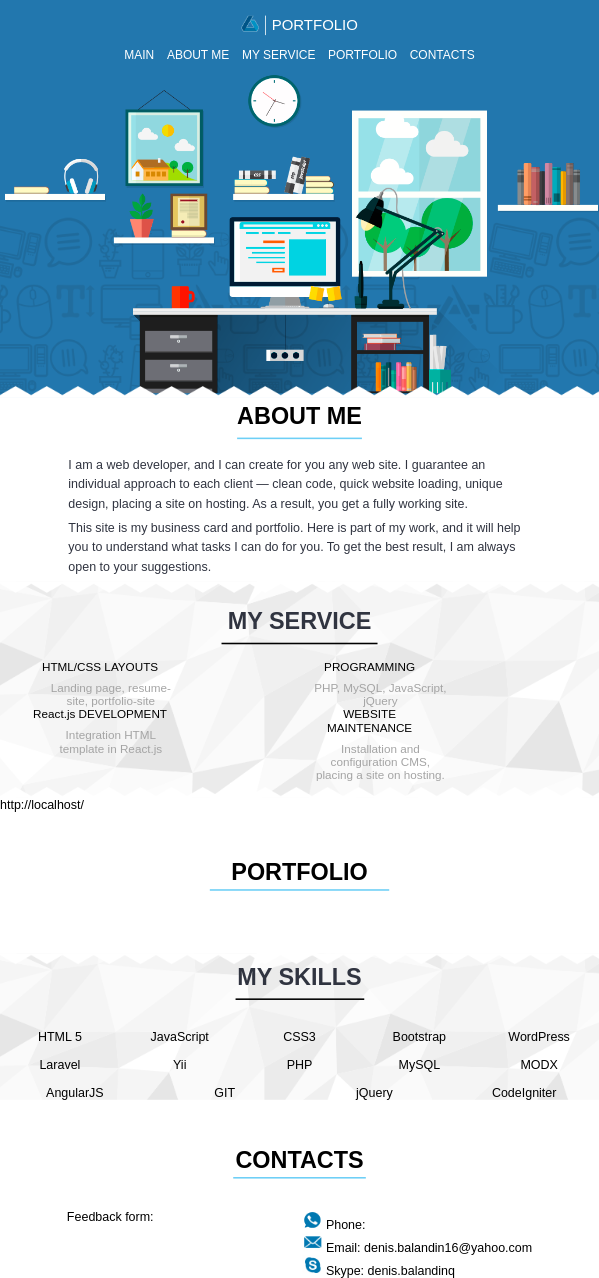
Repository: DenisBalandin/Portfolio
Page: /
The author's editor kept a copy of each file at every save. The page is drawn from the files as they stood at one save, then again after the next save.
The browser window is 768 px wide. The pictures show the whole page, at 78% of full size.
Pictures or frames that could not be fetched are drawn as grey boxes. The page's requests for data from a server got no answer. The project was rebuilt for these pictures with package versions that can differ from the ones it lists, and the page was loaded fresh each time. No one was signed in, and anything a server would have sent is missing. Also part of the build but not shown: src/ItemPage.js.

Above is the page before, as saved 2020-03-07 15:41:24.

### src/App.js
import React from 'react';
import './style.scss';
import ItemPage from './ItemPage';
import Home from './Home';
import Header from './Header';


import {BrowserRouter as Router,Route, Link} from 'react-router-dom';

function App(){
  return (
    <Router>
      <Header/>
      <Route exact path="/pageitem" component={ItemPage} />

      <Route exact path="/pageitem/:itemid" component={ItemPage} />
      <Route exact path="/" component={Home} />
    </Router>
  );
}

export default App;

### src/style.scss
*{padding: 0; margin: 0;}
body{font-family: Arial; min-width: 500px; }
a{text-decoration: none; color: #FFFFFF; text-decoration: none;}
li{list-style: none;}

/* Heder */
#first_page_bg{
    width:100%;
    height: 70%;
    background: #2277ae;
    header{
        width: 65%;
        margin: 0 auto 0 auto;
        .up_menu_links{
            display: flex;
            justify-content: space-between;
           padding: 2% 0 0 0;
            .social_link{
                width: 30%;
                a{

                    img{
                        width: 7%;
                    }
                    margin: 0 3% 0 3%;
                }
            }
            .email_heder{
                 width: 30%;
                margin: 0 1.5% 0 0;
                a{
                    // display: flex;
                    .email_icon{
                        // width: 15%;
                        // width: 100%;
                        img{
                            width: 100%;
                            // position: absolute;
                            margin: 0 0 0 -2%;
                            // height: 100%;
                        }
                    }
                    div{
                        margin: 0.3% -2% 0 15%;
                        font-size: 1.0vw;
                    }
                }
            }
        }
        menu{
            margin:2% 0 5% 0;
            display: flex;
            justify-content: space-between;
            flex-wrap: wrap;
            width: 100%;
            .logo{
                width: 30%;
                display: flex;
                height: 100%;
                img{
                   width: 100%;
                //    height: 100%;
                //    margin: 5% 0 0% 0;
                }
                .company_name{
                    margin: auto;
                    margin: 0% 0 0 5%;
                    // height: 90%;
                    padding: 0 0 0 5%;
                    border-left: #FFFFFF 1px solid;
                    font-size: 2.5vw;
                    // height: 100%;
                    display: table;
                    a{
                        vertical-align: middle;
                    }
                }
            }
            .menu_heder{
                padding: 1.2% 0 0 0;
                width: 53%;
                display: flex;
                justify-content: space-between;
                div{
                    display: table;
                    a{
                        font-size: 1.2vw;
                        vertical-align: middle;

                    }
                    a:hover{
                        text-decoration: underline;
                    }
                }
            }
        }
    }
}
/*Heder end*/

/*Page*/
#first_page_bg_single{ width: 100%; height: 195px; background: #2277ae; padding:0px 0 0 0; overflow: hidden;}
.bg_page_insaide_page{width: 100%; background: url("img/pattop1.png") repeat-x; height: 230px; position: relative; z-index:5;}
.deltatop_page_page{width: 100%; background: url("img/deltatop.png") repeat-x; height: 14px; position: relative; z-index: 20; margin: -13px 0 0 0;}
#content_page{
    max-width: 1200px;
    margin: 30px auto 0px auto;
    display: flex;
    flex-wrap: wrap;
    flex-direction: row;
    justify-content: space-around;
}
.content_pageh1{
    font-size: 30px;
    text-transform: uppercase;
    text-align: center;
    font-weight: bold;
    position: relative;
    margin-bottom: 30px;
    color:#303440;
    text-decoration: underline;
    padding: 40px 0 10px 0;
}
#content_page img{
    width: 100%;
    height: auto;
}
/*Page end*/
.order_site{float: right; margin: 15px 0 0 20px; width: 178px; height: 30px; border: 1px solid #6ca6cd; text-align: center; color: #ffffff; padding: 10px 0 0 0; font-size: 14px; box-shadow: 9px 8px 4px -7px #2277ae; }
.order_site:hover{background: #0298cc; cursor: pointer;}
.company_name{
    color: #ffffff;
    font-size: 45px;
    margin: -10px 0 0 15px;
}
.company_name a{color: #FFFFFF;}
.company_name a:hover{color: #FFFFFF; text-decoration: none;}
.logo_border{
    width: 1px; height: 50px; background: #FFFFFF; margin: 0 10px 0 25px;
}
.content_description{
    max-width: 750px;
    height: 60px;
    float: left;
    font-size: 14px;
    color: #303440;
    margin: 0 0px 0 0;
}
.tools{ font-size: 15px; color: #303440; padding: 0 0 0 0px; }
.content_link{font-size: 15px; color: #303440; margin:0px 0 20px 0;}
.content_link a{color: #303440; text-decoration: underline;}
.content_link a:hover{text-decoration: none;}
.content_text{
    width: 80%;
    background: #fff;
    border: 1px solid #59759b;
    overflow: hidden;
    margin: 0 auto 0 auto;
}
.content_text img{
    width: 100%!important;
    height: 50%!important;
}
.web_line{ background:url("img/web_line.jpg")no-repeat;  display: inline-block; height: 69px; max-width: 1150px; margin: 0 0 -5px 0; border-right: 1px solid #59759b; border-left: 1px solid #59759b; border-top: 1px solid #59759b;}
.content_url{float: left; margin: 40px 0 0 160px;}
.content_url a{color: #585353;}
/*Links end*/
.flex-container {
    display: flex;
    flex-direction:  row-reverse;
}
/*Top Menu*/
.heder_menu{
    display: flex;
}
.top_menu{
    margin: 20px 0;
    display: flex;
    flex-direction:row;
}
/*Page bg*/
.page_bg{
    margin: -10px auto 0 auto;
}
.bg_page_insaide{width: 100%; background: url("img/pattop.png") repeat-x;  position: relative; z-index:5; background-position: bottom;
    display: flex;
    flex-direction: column;
}
.bg_page_insaide_single{width: 100%; margin: 15px 0 0 0; background: url("img/pattop.png") repeat-x; height: 130px; position: relative; z-index:5;}
.deltatop_page{width: 100%; background: url("img/deltatop.png") repeat-x; height: 14px; position: relative; z-index: 20; margin: -14px 0 0 0;}
/*Page bg end*/

/*About me*/
#about_me{
    width: 85%;
    margin:  1% auto 0% auto;
    h1{
        font-size: 30px;
        text-transform: uppercase;
        margin: 0 auto 2% auto;
        font-weight: bold;
        position: relative;
        border-bottom: 2px solid #6dcff6;
        width: 160px;
        padding: 0 0 10px 0;
    }
    .about_me_content{
    display: inline-block;
    height: 40%!important;

        p{
            box-sizing: border-box;
            font-size: 20px "Roboto";
            line-height: 25px;
            color: #303440; margin: 1% 0 1% 0;
        }
        img{
            // width: 30%;
            padding: 0 5% 0 5%;
            margin: 0 0 0% 0;

        }
    }
}
/*About me end*/

/*My Service*/
#my_service_bg{
    height: 100%;
    background: url("img/bgdelta.png") repeat-x;
    h3{
        font-size: 30px;
        text-transform: uppercase;
        font-weight: bold;
        color: #303440;
        width: 200px;
        text-align: center;
        margin: 20px auto 20px auto;
        border-bottom: 2px #000000 solid;
        padding: 0 0 10px 0;
    }
    .my_service_line_top{
        width: 100%;
        height: 14px;
        background: url("img/deltabottom.png") repeat-x;
    }
    .my_service_line_bottom{
        width: 100%;
        height: 14px;
        background: url("img/deltatop.png") repeat-x;
    }
    #my_service{
        width: 90%;
        margin: 0px auto 1% auto;
        display: flex;
        div{
            width: 300px;
            .text_img{
              width: 30%;
              margin: 0 auto 0 auto;
              img{
                 width: 100%;
              }
            }
            .text_1{
                width: 100%;
                padding: 0 1% 0 1%;
                font-size: 15px;
            }
            .text_2{
                width: 100%;
                padding: 0 5% 0 5%;
                color:#a4a4a4;
                font-size: 15px;
            }
        }
    }
}


/*My service end*/

/*Portfolio*/
#portfolio{
    max-width: 1200px;
    margin: 0 auto 40px auto;
    display: flex;
    flex-direction:row;
    flex-wrap: wrap;
    justify-content: center;
}
.portfolioh3{
    font-size: 30px;
    text-transform: uppercase;
    text-align: center;
    font-weight: bold;
    position: relative;
    border-bottom: 2px solid #6dcff6;
    width: 230px;
    margin: 60px auto 40px auto;
    padding: 0 0 5px 0;
}
#portfolio .portfolioblock{
    border: 1px solid #bfd2e1;
    width: 368px;
    margin: 10px;
    box-shadow: 5px 5px 4px -5px #000000;
}
#portfolio div img{
    margin: -12px 0 0px 0;
    display: inline-block;
}
.p_name{
    background:#2d7eb2;
    text-align: center;
    height: 40px;
    opacity: 0.8;
    padding: 2px 20px;
    margin: 0 auto 0 auto;
}
.p_name a{
    font-size: 20px;
    color: #ffffff;
}
.p_name:hover{
    text-decoration: none;
}
/*Portfolio end*/

/*Content blog*/
#content_blog{ max-width: 1200px;  margin: 0 auto 40px auto; min-height: 300px;}
/*Content blog end*/



/*I used*/
#my_skils_bg{
    width: 100%;
    height: 100%;
    background: url("img/bgdelta.png") repeat-x;
    margin: 0 0 40px 0;
}
.my_skils_line_top{
    width: 100%;
    height: 14px;
    background: url("img/deltabottom.png") repeat-x;
}
.my_skils_line_bottom{
    width: 100%;
    height: 14px;
    background: url("img/deltatop.png") repeat-x;
}
#my_skils{
    max-width: 1200px;
    margin: 10px auto 0px auto;
    display: flex;
    flex-direction:row;
    flex-wrap: wrap;
}
#my_skils div img{}
.my_skillsh3{
    font-size: 30px;
    text-transform: uppercase;
    font-weight: bold;
    color: #303440;
    width: 165px;
    text-align: center;
    margin: 0 auto 20px auto;
    border-bottom: 2px #000000 solid;
    padding: 0 0 10px 0;
}
#my_skils div{ width: 140px; text-align: center; margin: 0 0 20px 18px;}
#my_skils div img{margin: 0 0 10px 0; width:40%;}
.about_me_img{}
.text_1{ text-align: center;}
.text_2{ text-align: center; margin: 10px 0 0 0; color:#a4a4a4; font-size: 13px;}
/*I used end*/

/*Portfolio*/
.contactsh3{
    font-size: 30px;
    text-transform: uppercase;
    text-align: center;
    font-weight: bold;
    position: relative;
    border-bottom: 2px solid #6dcff6;
    width: 170px;
    margin: 60px auto 40px auto;
    padding: 0 0 5px 0;
}
#contacts{
    max-width: 1200px;
    margin: 0 auto 0px auto;
    display: flex;
    flex-direction:row;
    flex-wrap: wrap;
    justify-content: space-around;
}
.formcont{ margin: 0 20px 0 0;}
.formcont input{border: 1px solid #dddddd; margin: 10px 0 10px 0; width: 250px; height: 30px; color: #666666; padding: 0 0 0 10px;}
.formcont textarea{border: 1px solid #dddddd; margin: 10px 0 10px 0; width: 410px; height: 70px; color: #666666; padding: 15px 0 0 10px;}
.formcont button{ background:#0298cc; height: 40px; width: 180px; color: #ffffff; font-size: 18px; border: 1px solid #6ca6cd; cursor: pointer;}
.formcont button:hover{ background:#2277ae;}
/*Portfolio end*/

/*Footer*/
#footer_bg{background: #2277ae; width: 100%; height: 100px; margin: 50px 0 0 0; }
#footer{max-width: 1200px;  margin: 10px auto 0px auto; height: 50px;}
.copyright{ color: #ffffff; margin: 25px 0 0 10px;}
.footermenu{ margin: 25px 0 0 0;}
.footermenu li{float: left; font-size: 14px; margin: 0 10px 0 10px; color: #ffffff; border-bottom: 1px solid #ffffff;}
.footermenu li:hover{border-bottom: 1px solid #2277ae;}
/*footer end*/


@media all and (max-width: 900px) {
    menu{
        display: block!important;
        .logo{
            width: 60%;
           margin: 2% auto 2% auto;
        }
        .menu_heder{
            width: 90%!important;
            margin: 2% auto 4% auto;
            a{
                font-size: 2vw!important;
            }

        }
    }
    .social_link{
        display: none
    }
    .email_heder{
        display: none
    }
    #my_service{
        width: 90%!important;
        flex-wrap: wrap;
        div{
             width: 50%!important;
            // text-align: center;
            .text_img{
                display: none;
                // width: 20%!important;
                // margin: 0 auto 0 auto;
                // img{
                //    width: 100%;
                // }
              }
        }

    }

    #about_me p img {
        width: 0%;
    }

    #my_skils div img {
        width: 0% !important;
    }

    #my_skils{
        justify-content: space-around!important;
    }
    #my_skils div{
        margin: 0 !important;
    }
    .top_menu{
        display: none!important;
    }
    .menu{
        margin: 10px 0 40px 0!important;
        justify-content: space-around !important;
    }
    #about_me p{
        padding: 0 30px 0 30px!important;
    }
}
@media all and (max-width: 700px) {
    #my_service{
        width: 90%!important;

        div{
            // width: 50%!important;
            // text-align: center;
            .text_img{
                display: none;
                // width: 20%!important;
                // margin: 0 auto 0 auto;
                // img{
                //    width: 100%;
                // }
              }
        }

    }
}

### src/Home.js
import React,{Component} from 'react';
import AboutMe from './AboutMe';
import MyService from './MyService';
import MySkills from './MySkills';
import Contacts from './Contacts';
import Portfolio from './Portfolio';
import {BrowserRouter as Router,Route, Link} from 'react-router-dom';


class Home extends Component{
    render(){
        return(
            <div>
                <Router>
                    <AboutMe/>
                    <MyService/>
                    <Portfolio/>
                    <MySkills/>
                    <Contacts/>
                </Router>
            </div>
        );
    }
}
export default Home;

### src/Header.js
import React from 'react';
import skype from './img/skype_icon.jpg';
import viber from './img/viber_icon.jpg';
import whatsap from './img/whatsap.jpg';
import telegram from './img/telegram.jpg';
import email from './img/email.jpg';
import logo from './img/logo.png';
import background from './img/background.png';


function Header(){
    return(
        <div id="first_page_bg" >
        {/* <!--Links--> */}
            <header>
            <div className="up_menu_links">
                <div className="social_link">
                    <a href="#"><img src={skype}/></a>
                    <a href="#"><img src={viber}/></a>
                    <a href="#"><img src={whatsap}/></a>
                    <a href="#"><img src={telegram}/></a>
                </div>
                <div className="email_heder">
                    <a href="#">
                        {/* <div className="email_icon"><img src={email}/></div> */}
                        <div>Email: denis.balandin16@yahoo.com</div>
                    </a>
                </div>
            </div>
            {/* <!--Links end--> */}
            {/* <!--Menu--> */}
            <menu>
                <div className="logo">
                    <div>
                        <a href="/">
                        <img src={logo} />
                        </a>
                    </div>
                    <div className="company_name">
                        <a href="/">PORTFOLIO</a>
                    </div>
                </div>
                <div className="menu_heder">
                    <div>
                        <a href="/">MAIN</a>
                    </div>
                    <div>
                        <a href="#about_me">ABOUT ME</a>
                    </div>
                    <div>
                        <a href="#my_service">MY SERVICE</a>
                    </div>
                    <div>
                        <a href="#portfolio">PORTFOLIO</a>
                    </div>
                    <div>
                        <a href="#contacts">CONTACTS</a>
                    </div>
                </div>
            </menu>
            {/* <!--Menu end--> */}
        </header>
        <div className="bg_page_insaide">
            <div className="page_bg">
                <img src={background} width="100%" />
            </div>
        </div>
        <div className="deltatop_page"></div>
    </div>
    );
}
export default Header;

### src/AboutMe.js
import React from 'react';
import aboutme from './img/aboutme.png';

function AboutMe(){
    return(
        <div id="about_me">
            <h1>ABOUT ME</h1>
            <div className="about_me_content">
                <p>
                    <img className="about_me_img" align="right" src={aboutme} width="40%"/>
                    I am a web developer, and I can create for you any web site. I guarantee an individual approach to each client — clean code, quick website loading, unique design, placing a site on hosting. As a result, you get a fully working site.
                </p>
                <p>
                    This site is my business card and portfolio. Here is part of my work, and it will help you to understand what tasks I can do for you. To get the best result, I am always open to your suggestions.
                </p>
            </div>
        </div>
    );
}
export default AboutMe;

### src/MyService.js
import React from 'react';
import html_icon from './img/html_icon.png';
import code_icon from './img/code_icon.png';
import react from './img/react_icon.png';
import display_icoon from './img/display_icoon.png';

function MyService(){
    return(
        <div id="my_service_bg">
          <div className="my_service_line_top"></div>
          <h3>MY SERVICE</h3>
          <div id="my_service">
              <div>
                <div  className="text_img"><img src={html_icon} /></div>
                <div className="text_1">HTML/CSS LAYOUTS</div>
                <div className="text_2">Landing page, resume-site, portfolio-site</div>
              </div>
              <div>
              <div  className="text_img"><img  src={code_icon} /></div>
                <div className="text_1">PROGRAMMING</div>
                <div className="text_2">PHP, MySQL, JavaScript, jQuery</div>
              </div>
              <div>
              <div  className="text_img"><img src={react}/></div>
                <div className="text_1">React.js DEVELOPMENT</div>
                <div className="text_2">Integration HTML template in React.js</div>
              </div>
              <div>
              <div  className="text_img"><img src={display_icoon}/></div>
                <div className="text_1">WEBSITE MAINTENANCE</div>
                <div className="text_2">Installation and configuration CMS, placing a site on hosting.</div>
              </div>
          </div>
          <div className="my_service_line_bottom"></div>
      </div>
    );
}
export default MyService;

### src/MySkills.js
import React from 'react';
import css3 from './img/css3.png';
import bootstrap from './img/bootstrap.png';

function MySkills(){
    return(
        <div id="my_skils_bg">
            <div className="my_skils_line_top"></div>
            <h3 className="my_skillsh3">My Skills</h3>
            <div id="my_skils">
                <div>
                    <img src="<?php bloginfo('template_directory'); ?>/img/html5.png" />
                    <p>HTML 5</p>
                </div>
                <div>
                    <img src="<?php bloginfo('template_directory'); ?>/img/js.png"/>
                    <p>JavaScript</p>
                </div>
                <div><img src={css3}/> <p>CSS3</p></div>
                <div><img src={bootstrap}/><p>Bootstrap</p></div>
                <div><img src="<?php bloginfo('template_directory'); ?>/img/wordpress.png"/><p>WordPress</p></div>
                <div><img src="<?php bloginfo('template_directory'); ?>/img/laravel.png"/><p>Laravel</p></div>
                <div><img src="<?php bloginfo('template_directory'); ?>/img/yii.png"/><p>Yii</p></div>
                <div><img src="<?php bloginfo('template_directory'); ?>/img/php.png"/><p>PHP</p></div>
                <div><img src="<?php bloginfo('template_directory'); ?>/img/mysql.png"/><p>MySQL</p></div>
                <div><img src="<?php bloginfo('template_directory'); ?>/img/modx.png"/><p>MODX</p></div>
                <div><img src="<?php bloginfo('template_directory'); ?>/img/angular.png"/><p>AngularJS</p></div>
                <div><img src="<?php bloginfo('template_directory'); ?>/img/git.png"/><p>GIT</p></div>
                <div><img src="<?php bloginfo('template_directory'); ?>/img/jquery.png"/><p>jQuery</p></div>
                <div><img src="<?php bloginfo('template_directory'); ?>/img/codeigniter.png"/><p>CodeIgniter</p></div>
            </div>
            <div className="my_service_line_bottom"></div>
        </div>
    );
}
export default MySkills;

### src/Contacts.js
import React from 'react';
import skype_cont from './img/skype_cont.jpg';
import mail_cont from './img/mail_cont.jpg';
import phone_cont from './img/phone_cont.png';

function Contacts(){
    return(
        <>
            <h3 className="contactsh3">CONTACTS</h3>
            <div id="contacts">
                <div className="formcont">
                    <p>Feedback form:</p>

                </div>
                <div className="contacts">
                    <div>
                    <img src={phone_cont}/> <span>Phone:</span>
                    </div>
                    <div>
                    <img src={mail_cont}/> <span>Email: denis.balandin16@yahoo.com  </span>
                    </div>
                    <div>
                    <img src={skype_cont}/> <span>Skype: denis.balandinq </span>
                    </div>
                </div>
            </div>
        </>
    );
}
export default Contacts;

### src/Portfolio.js
import React,{Component} from 'react';
import portfolioicon from './img/portfolioicon.jpg';
import { db } from "./firebase";
import ReactHtmlParser, { processNodes, convertNodeToElement, htmlparser2 } from 'react-html-parser';
import {BrowserRouter as Router,Route, Link} from 'react-router-dom';

class Portfolio extends Component{
    constructor(props){
        super(props);
        this.state = {
            pages:[]
        }
    }
    componentDidMount(){
        this.getFetch();
    }
    getFetch = () => {
        // db.collection("messages")
        // .get()
        // .then(querySnapshot => {
        //     let fullArray = [];
        //     const data = querySnapshot.docs.map(doc => doc.data());
        //     for(var int = 0; int < data.length; int++){
        //         fullArray[int] = {
        //             name: data[int].name,
        //             date:data[int].date,
        //             check:data[int].check,
        //             id: querySnapshot.docs[int].id,
        //         }
        //     }
        //     this.setState({ users: fullArray });
        // });
        fetch('http://testwoo/wp-json/wp/v2/posts')
        .then(response => response.json())
        .then(
            result => this.setState({
                pages:result
            })
        );
    }

    render(){
       return(
           <>
           {window.location.href}
            {/* <Route exact path="/"  component={Home}/> */}
            <h3 className="portfolioh3">PORTFOLIO</h3>
            <div id="portfolio">
                {this.state.pages.map((page, index)=>
                    <div className="portfolioblock">
                        {/* <Link to={`/pageitem/${page.id}`}>
                            <img src={portfolioicon}  width="368"/>
                            { ReactHtmlParser(page.excerpt.rendered)}
                        </Link>
                        <div className="p_name">
                            <a href="/pexuniverse/">{page.title.rendered}</a>
                        </div> */}
                    </div>
                )}


            </div>
        </>
       );
   }
}
export default Portfolio;

### src/firebase.js
import firebase from 'firebase';

const firebaseApp = firebase.initializeApp({
    apiKey: "AIzaSyBH21wpMVzXC2kYGnD8x1tI6ru-zdWNAqs",
    authDomain: "test-4ba23.firebaseapp.com",
    databaseURL: "https://test-4ba23.firebaseio.com",
    projectId: "test-4ba23",
    storageBucket: "test-4ba23.appspot.com",
    messagingSenderId: "597606478464",
    appId: "1:597606478464:web:6e48455407186638df2c65",
    measurementId: "G-NDR2C185V9"
});

const db = firebaseApp.firestore();

export {db};

Loaded but not shown: public/index.html (common file); src/index.js (common file); src/index.css (common file); src/serviceWorker.js (common file)

After the next save:
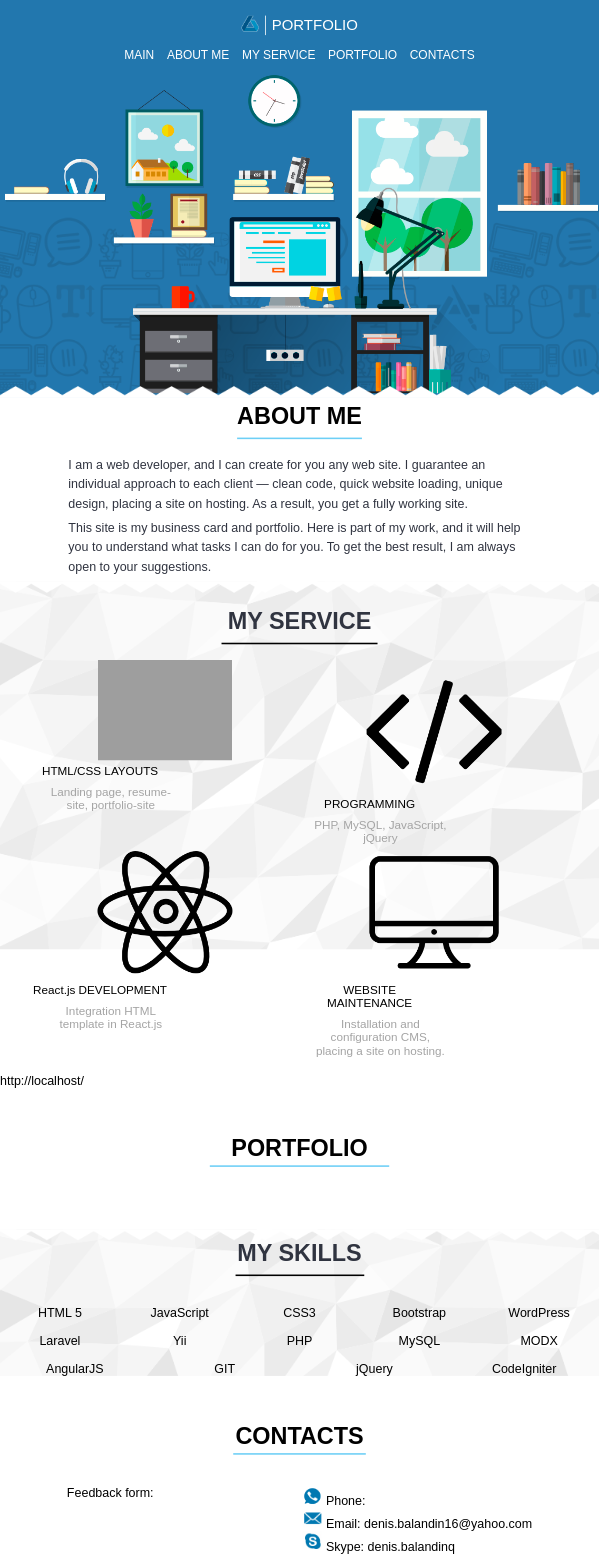
Saved 8 s later.
--- a/src/style.scss
+++ b/src/style.scss
@@ -442,7 +442,7 @@
              width: 50%!important;
             // text-align: center;
             .text_img{
-                display: none;
+                // display: none;
                 // width: 20%!important;
                 // margin: 0 auto 0 auto;
                 // img{
